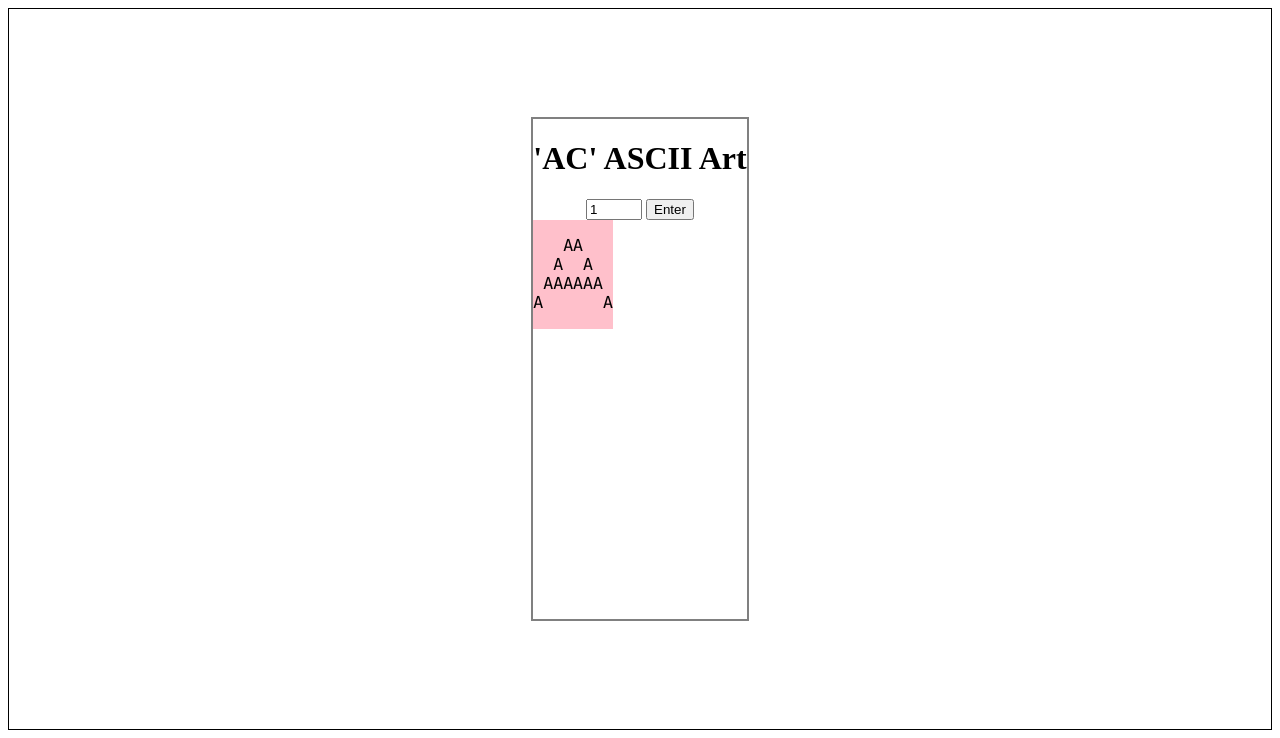
Repository: Achorn/ascii-art
Page: index.html
These files come from the project's save history. The page is drawn as it stood at one moment and after the next save; the edit follows.
The browser window is 1280 px wide. The pictures show the whole page.

Above is the page before, as saved 2021-08-09 18:40:50.

After the next save:
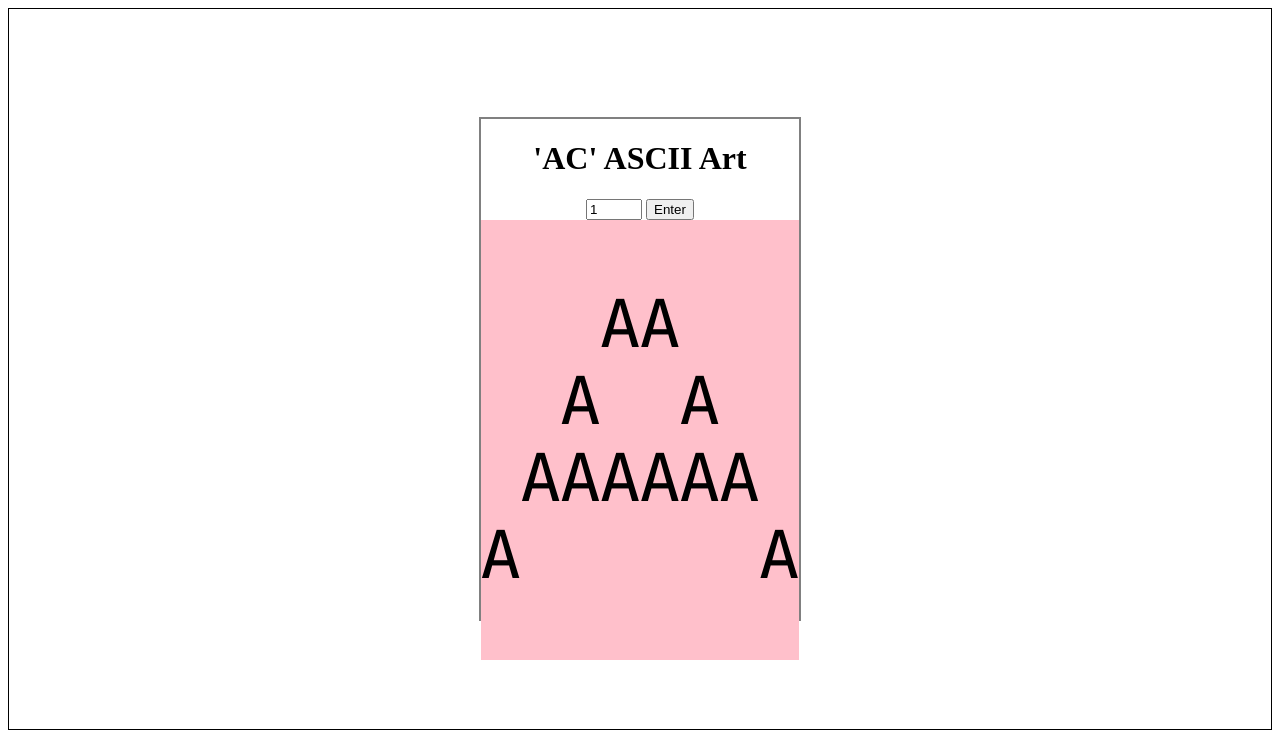
Saved 9 s later.
--- a/myscripts.js
+++ b/myscripts.js
@@ -80,7 +80,7 @@ trimA(scaledFour, scale);
 let scaledEight = scaleSpread(eight, 5);
 trimA(scaledEight, 4);
 // mono.innerHTML = halfArrToString(scaleSpread(four, 7));
-monoA.style.fontSize = `${9 / (4 * scale)}ex`;
+monoA.style.fontSize = `${9 / scale}ex`;
 // monoC.style.fontSize = `${4 / scale}em`;
 monoA.innerHTML = halfArrToString(scaledFour);
 // monoC.innerHTML = arrToString(scaledEight);
